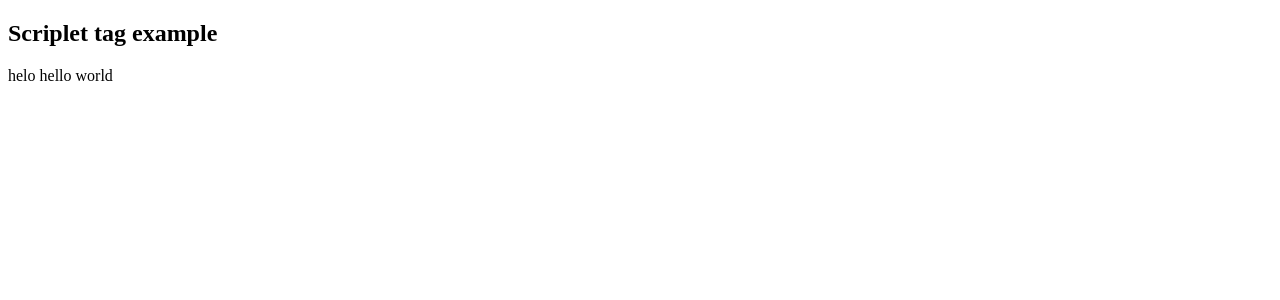
Repository: anujkumar163/Tom_cad
Page: http://localhost/practice23_login/first.jsp
An editor plug-in stored every save of this project. The page is shown before and after the next save, followed by the edit.
The browser window is 1280 px wide. The pictures show the whole page.
The page is served by Tomcat 9. Other server files are loaded and not shown.

Above is the page before, as saved 2022-06-10 03:41:40.

### practice23_login/src/main/webapp/first.jsp
<%@ page language="java" contentType="text/html; charset=ISO-8859-1"
    pageEncoding="ISO-8859-1"%>
<!DOCTYPE html>
<html>
<head>
<meta charset="ISO-8859-1">
<title>Insert title here</title>
</head>
<body>
	<h2>Scriplet tag example</h2>
	<%
		out.println("helo");
		request.setAttribute("msg","hello world");

		out.println(request.getAttribute("msg"));

	%>
</body>
</html>

After the next save:
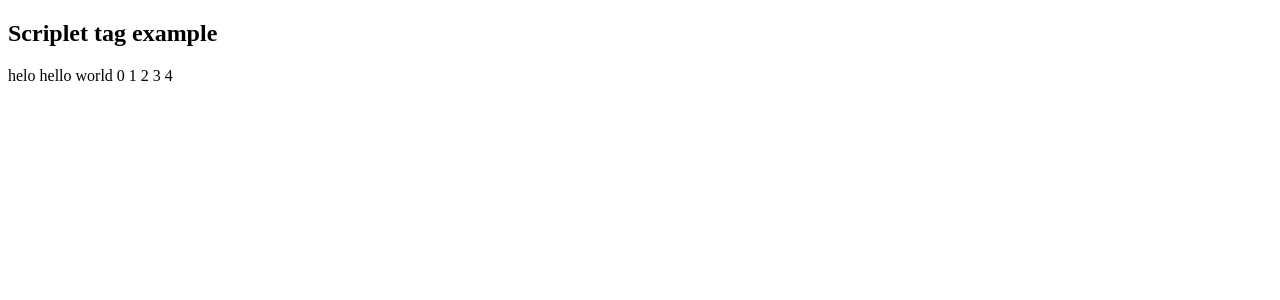
Saved 64 s later.
--- a/practice23_login/src/main/webapp/first.jsp
+++ b/practice23_login/src/main/webapp/first.jsp
@@ -14,6 +14,10 @@
 
 		out.println(request.getAttribute("msg"));
 
+		for(int i=0; i<5; i++){
+			out.println(i);
+		}
+
 	%>
 </body>
 </html>
